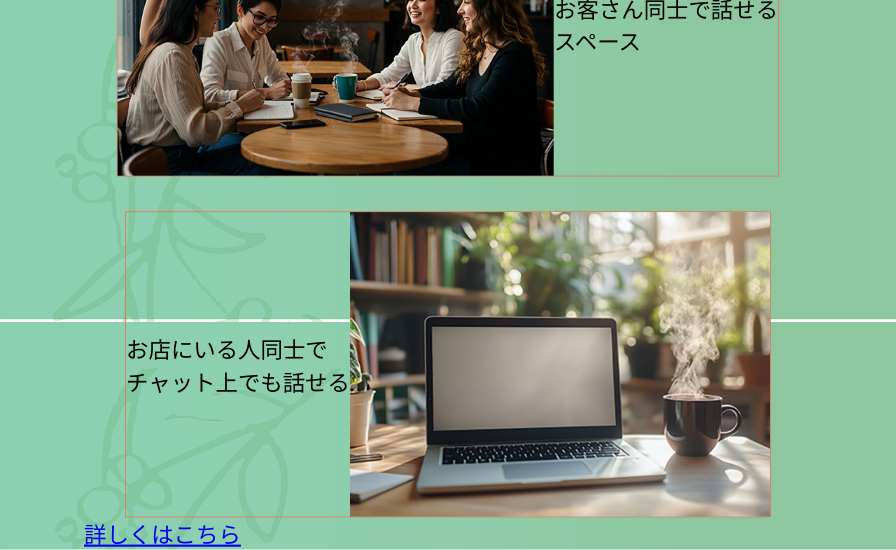
Repository: saka-kou/GardenStory
Page: index.html
These files come from the project's save history. The page is drawn as it stood at one moment and after the next save; the edit follows.
The browser window is 1280 px wide. The pictures show the part of the page from y = 2040 to 3960 px (the page is 2825 px tall before and 3960 px after), at 70% of full size.
Some web fonts or font styles are not loaded; a fallback is used.

Above is the page before, as saved 2025-07-23 18:38:12.

### index.html
<!DOCTYPE html>
<html lang="en">
<head>
    <meta charset="UTF-8">
    <meta name="viewport" content="width=device-width, initial-scale=1.0">
    <link rel="preconnect" href="https://fonts.googleapis.com">
    <link rel="preconnect" href="https://fonts.gstatic.com" crossorigin>
    <link href="https://fonts.googleapis.com/css2?family=Kaisei+Opti&display=swap" rel="stylesheet">

    <title>物語庭園</title>
    <link rel="stylesheet" href="css/index.css">
</head>
<body>
    <header>
        <h1><img src="images/logo.svg" alt="物語庭園ロゴ"></h1>
        <ul id="gnavi" class="consept-text">
            <li>物語庭園について</li>
            <li>メニュー</li>
            <li>利用料金</li>
            <li>アクセス</li>
            <li>トピックス</li>
        </ul>
    </header>
    <h1><img src="images/cafe.svg" alt="カフェ店内" class="mainvisual"></h1>
    <main>
        <h2 class="consept-text">物語庭園について</h2>
        <div class="aboutWrap">
            <div class="cafe-ex">
                <img src="images/write.jpeg" alt="文創" class="leftimg">
                <p class="consept-text">文章系の創作活動をしてる人<br>
                    専用のカフェ
                </p>
            </div>
            <div class="cafe-ex">
                <p class="consept-text">静かに一人で作業できる<br>
                    スペース
                </p>
                <img src="images/work.jpeg" alt="作業" class="rightimag">
            </div>
            <div class="cafe-ex">
                <img src="images/talk.jpeg" alt="話せる" class="leftimg">
                <p class="consept-text">お客さん同士で話せる<br>
                    スペース
                </p>
            </div>
            <div class="cafe-ex">
                <p class="consept-text">お店にいる人同士で<br>
                    チャット上でも話せる
                </p>
                <img src="images/Website.jpeg" alt="Webサイト" class="rightimg">
            </div>
        </div>
            <p class="consept-text"><a href="#">詳しくはこちら</a></p>
    </main>
</body>
</html>

### css/index.css
*{
    margin: 0;
    padding: 0;
}
body{
    background-image: url("../images/壁紙例2.webp");
    background-repeat: repeat;
}
header{
    display: flex;
    align-items: center;
    justify-content: space-between;
    background: #D9EDDF;
    gap: 210px;
}
.mainvisual{
    width: 100vh;
    height: 100vh;
    text-align: center;
}
.mainvisual img{
    width: 100vh;
    height: 100vh;
}
main{
    padding: 0 120px;
}
#gnavi{
    display: flex;
    list-style-type: none;
    width: 100%;
}
.consept-text{
    font-family: "Kaisei Opti", serif;
    font-weight: 400;
    font-style: normal;
    font-size: 32px;
    /* gap: ; */

}
.aboutWrap{
    display: flex;
    flex-direction: column;
    align-items: center;
    gap: 50px;
}
.cafe-ex{
    /* width: 1320px; */
    display: flex;
    align-items: center;
    border: 1px solid tomato;

}
.leftimg{
    display: flex;
}
.rightimg{
    display: flex;
}

After the next save:
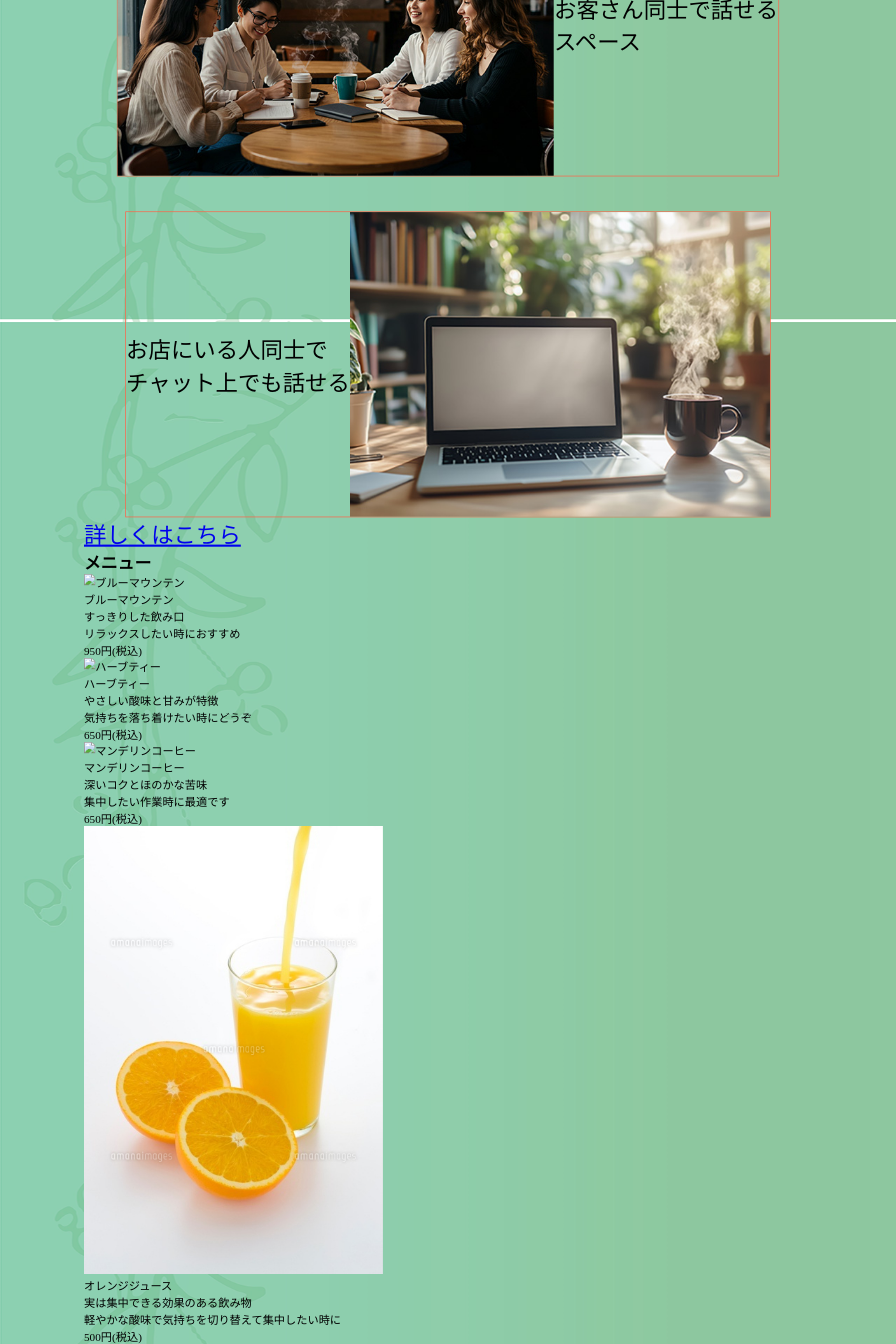
Not found: images/herb tea.jpg
Saved 6 h 23 min later.
--- a/index.html
+++ b/index.html
@@ -51,6 +51,27 @@
             </div>
         </div>
             <p class="consept-text"><a href="#">詳しくはこちら</a></p>
+            <h2>メニュー</h2>
+            <img src="" alt="ブルーマウンテン">
+            <p>ブルーマウンテン</p>
+            <p>すっきりした飲み口<br>
+            リラックスしたい時におすすめ</p>
+            <p class="price">950円(税込)</p>
+            <img src="images/herb tea.jpg" alt="ハーブティー">
+            <p>ハーブティー</p>
+            <p>やさしい酸味と甘みが特徴<br>
+            気持ちを落ち着けたい時にどうぞ</p>
+            <p class="price">650円(税込)</p>
+            <img src="" alt="マンデリンコーヒー">
+            <p>マンデリンコーヒー</p>
+            <p>深いコクとほのかな苦味<br>
+            集中したい作業時に最適です</p>
+            <p class="price">650円(税込)</p>
+            <img src="images/orangejuice.jpg" alt="オレンジジュース">
+            <p>オレンジジュース</p>
+            <p>実は集中できる効果のある飲み物<br>
+            軽やかな酸味で気持ちを切り替えて集中したい時に</p>
+            <p class="price">500円(税込)</p>
     </main>
 </body>
 </html>
